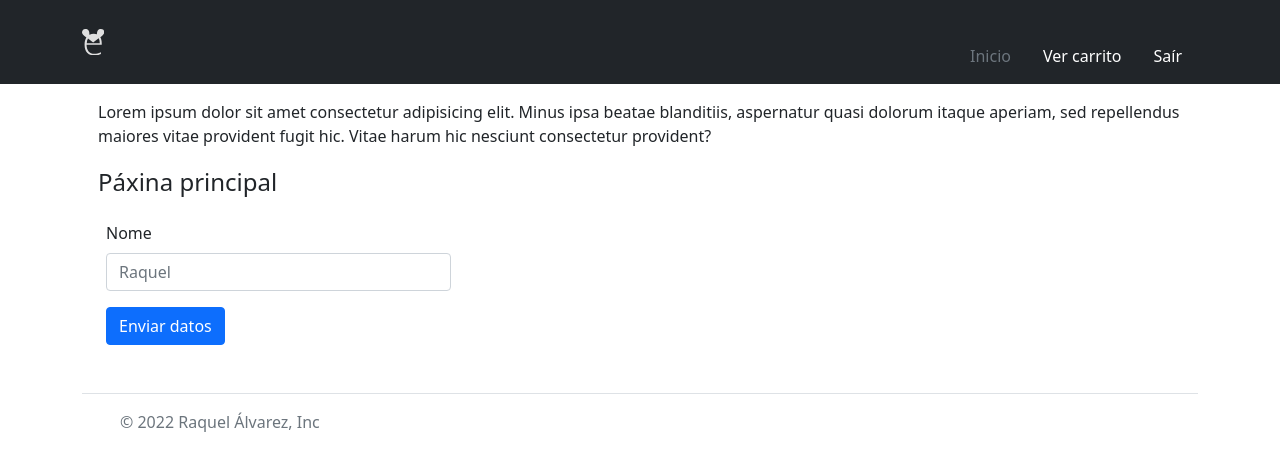
Repository: RaquelAlvarezz/pedidos
Page: index.html
An editor plug-in stored every save of this project. The page is shown before and after the next save, followed by the edit.
The browser window is 1280 px wide. The pictures show the whole page.

Above is the page before, as saved 2022-02-17 09:17:13.
Console error: SyntaxError: Cannot use import statement outside a module

### index.html
<!DOCTYPE html>
<html lang="gl">
<head>
    <meta charset="UTF-8">
    <meta name="viewport" content="width=device-width, initial-scale=1.0">
    <title>Pedidos</title>
    <link href="https://cdn.jsdelivr.net/npm/bootstrap@5.1.3/dist/css/bootstrap.min.css" rel="stylesheet" integrity="sha384-1BmE4kWBq78iYhFldvKuhfTAU6auU8tT94WrHftjDbrCEXSU1oBoqyl2QvZ6jIW3" crossorigin="anonymous">
  <script src="src/components/header.js"></script>
  <script src="src/components/footer.js"></script>
  </head>
  <body>
    <header-component></header-component>
    <main>
      <!-- Your page's content -->
    <section class="container mb-5">
      <p class="p-3 pb-0" id="theme-colors">Lorem ipsum dolor sit amet consectetur adipisicing elit. Minus ipsa beatae blanditiis, aspernatur quasi dolorum itaque aperiam, sed repellendus maiores vitae provident fugit hic. Vitae harum hic nesciunt consectetur provident? </p>
      <h4 class="p-3 pt-1">Páxina principal</h4>
      <div class="row">
          <div class="col">
            <div class="container">
              <form class="row g-3 needs-validation" action="login.php" method="POST" novalidate>
                <div class="col-md-4">
                  <label for="validationCustom01" class="form-label">Nome</label>
                  <input type="text" class="form-control" id="validationCustom01" name="nome" placeholder="Raquel" required>
                  <div class="valid-feedback">
                    Parece axeitado!
                  </div>
                </div>


                <div class="col-12">
                  <button class="btn btn-primary" type="submit">Enviar datos</button>
                </div>
              </form>
          </div>
      </div>
      </div>
    </section>

    <script src="./src/js/index.js"></script>
    <script src="./src/js/validation.js" defer></script>

    <footer-component></footer-component>
  </body>
<html>

### src/components/header.js
class Header extends HTMLElement {
    constructor() {
      super();
    }

    connectedCallback() {
        this.innerHTML = `
        <header>
        <div class="px-3 py-2 bg-dark text-white">
          <div class="container">
            <div class="d-flex flex-wrap align-items-center justify-content-center justify-content-lg-start">
              <a href="/" class="d-flex align-items-center my-0 my-lg-0 me-lg-auto text-white text-decoration-none">
                <svg xmlns="http://www.w3.org/2000/svg" width="22.26" height="26.46">
					<path d="M18.9 0c-1.32 0-2.34.42-2.94 1.26-.66.9-1.02 2.16-1.02 3.9v.12c-.96-.42-2.04-.6-3.18-.6-1.56 0-2.94.36-4.2.96h-.18v-.48c0-1.74-.3-3-.96-3.84S4.8.06 3.48.06C2.34 0 1.56.36.9.96.3 1.62 0 2.46 0 3.6c0 1.44 1.44 3.06 4.38 4.98-1.2 1.92-1.8 4.26-1.8 7.14 0 3.42.84 6.06 2.58 7.92s4.08 2.82 7.14 2.82c1.2 0 2.34-.12 3.36-.3s2.1-.54 3.3-1.08v-1.74c-1.38.54-2.52.9-3.48 1.08-.9.18-1.98.24-3.18.24-2.46 0-4.38-.78-5.7-2.28s-1.98-3.72-2.04-6.6h15.18v-1.56c0-2.4-.48-4.38-1.44-6 2.64-1.8 3.96-3.36 3.96-4.74 0-1.14-.3-1.98-.9-2.64C20.76.36 19.98 0 18.9 0zM4.74 14.16c.12-1.8.6-3.36 1.26-4.56l1.62 1.14c1.38.96 2.58 1.92 3.54 2.82l3.54-2.82 2.04-1.38c.66 1.26 1.02 2.88 1.02 4.8z" fill="#dfdfdf"></path></svg></a>

              <ul class="nav col-12 col-lg-auto my-2 justify-content-center my-md-0 text-small">
                <li>
                  <a href="categorias.php" class="nav-link text-secondary">
                    <svg class="bi d-block mx-auto mb-1" width="24" height="24"><use xlink:href="#home"></use></svg>
                    Inicio
                  </a>
                </li>
                <li>
                  <a href="carrito.php" class="nav-link text-white">
                    <svg class="bi d-block mx-auto mb-1" width="24" height="24"><use xlink:href="#speedometer2"></use></svg>
                    Ver carrito
                  </a>
                </li>
                <li>
                  <a href="logout.php" class="nav-link text-white">
                    <svg class="bi d-block mx-auto mb-1" width="24" height="24"><use xlink:href="#table"></use></svg>
                    Saír
                  </a>
                </li>

              </ul>
            </div>
          </div>
        </div>

      </header>
        `;
      }
    }

    customElements.define('header-component', Header);

### src/components/footer.js
class Footer extends HTMLElement {
    constructor() {
      super();
    }

    connectedCallback() {
        this.innerHTML = `
        <div class="container mb-0 mt-6">
  <footer class="d-flex flex-wrap justify-content-between align-items-center py-3 my-4 border-top">
    <div class="col-md-4 d-flex align-items-center">
      <a href="/" class="mb-3 me-2 mb-md-0 text-muted text-decoration-none lh-1">
        <svg class="bi" width="30" height="24"><use xlink:href="#bootstrap"></use></svg>
      </a>
      <span class="text-muted">© 2022 Raquel Álvarez, Inc</span>
    </div>

    <ul class="nav col-md-4 justify-content-end list-unstyled d-flex">
      <li class="ms-3"><a class="text-muted" href="#"><i class="bi bi-twitter"></i></a></li>
      <li class="ms-3"><a class="text-muted" href="#"><i class="bi bi-facebook"></i></a></li>
      <li class="ms-3"><a class="text-muted" href="#"><i class="bi bi-instagram"></i></a></li>
      <!--li><svg xmlns="http://www.w3.org/2000/svg" width="32" height="32" fill="currentColor" class="bi bi-chevron-right" viewBox="0 0 16 16"><path fill-rule="evenodd" d="M4.646 1.646a.5.5 0 0 1 .708 0l6 6a.5.5 0 0 1 0 .708l-6 6a.5.5 0 0 1-.708-.708L10.293 8 4.646 2.354a.5.5 0 0 1 0-.708z"/></svg><li>
      <li><svg xmlns="http://www.w3.org/2000/svg" width="16" height="16" fill="currentColor" class="bi bi-facebook" viewBox="0 0 16 16">
      <path d="M16 8.049c0-4.446-3.582-8.05-8-8.05C3.58 0-.002 3.603-.002 8.05c0 4.017 2.926 7.347 6.75 7.951v-5.625h-2.03V8.05H6.75V6.275c0-2.017 1.195-3.131 3.022-3.131.876 0 1.791.157 1.791.157v1.98h-1.009c-.993 0-1.303.621-1.303 1.258v1.51h2.218l-.354 2.326H9.25V16c3.824-.604 6.75-3.934 6.75-7.951z"/>
    </svg></li-->
    </ul>
  </footer>
</div>
        `;
      }
    }

    customElements.define('footer-component', Footer);

### src/js/index.js
// importar os recursos js de bootstrap
import * as bootstrap from 'bootstrap';

Loaded but not shown: src/js/validation.js (common file)

After the next save:
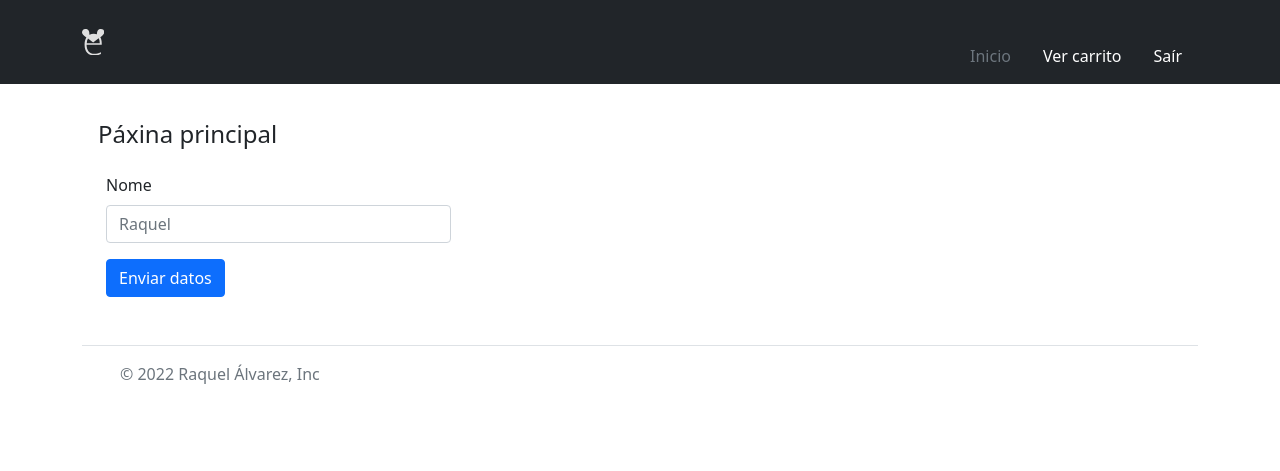
Saved 20 s later.
--- a/index.html
+++ b/index.html
@@ -13,7 +13,7 @@
     <main>
       <!-- Your page's content -->
     <section class="container mb-5">
-      <p class="p-3 pb-0" id="theme-colors">Lorem ipsum dolor sit amet consectetur adipisicing elit. Minus ipsa beatae blanditiis, aspernatur quasi dolorum itaque aperiam, sed repellendus maiores vitae provident fugit hic. Vitae harum hic nesciunt consectetur provident? </p>
+      <p class="p-3 pb-0" id="theme-colors"> </p>
       <h4 class="p-3 pt-1">Páxina principal</h4>
       <div class="row">
           <div class="col">
